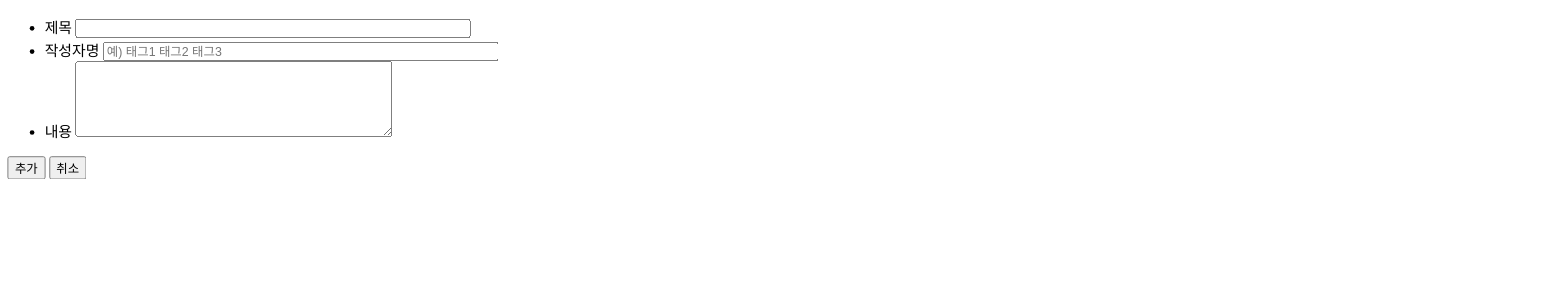
Repository: blaspheme7/immitation
Page: http://localhost/Board/board/NewWriting.jsp
An editor plug-in stored every save of this project. The page is shown before and after the next save, followed by the edit.
The browser window is 1280 px wide. The page is 1280 px wide, then 1673 px, so the pictures cover 1673 px, including what lies to the right of the window. The pictures show the whole page, at 93% of full size.
The page is served by Tomcat 9.

Above is the page before, as saved 2016-06-08 04:44:25.

After the next save:
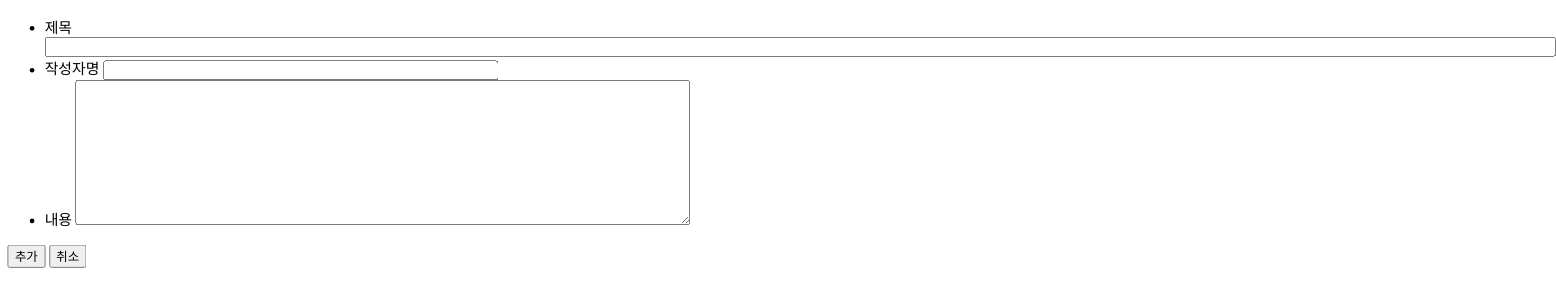
Saved 94 s later.
--- a/Board/WebContent/board/NewWriting.jsp
+++ b/Board/WebContent/board/NewWriting.jsp
@@ -11,11 +11,11 @@
 <form action='write.go' method='post'>
 <ul>
 	<li><label for="title">제목</label>
-		<input id="title" type='text' name='title' size="50"></li>
-	<li><label for="tags">작성자명</label>
-		<input id="tags" type='text' name='tags' placeholder="예) 태그1 태그2 태그3" size="50"></li>
+		<input id="title" type='text' name='title' size="200"></li>
+	<li><label for="name">작성자명</label>
+		<input id="name" type='text' name='name' size="50"></li>
 	<li><label for="content">내용</label>
-		<textarea id="content" name='content' rows="5" cols="40"></textarea></li>
+		<textarea id="content" name='content' rows="10" cols="80"></textarea></li>
 </ul>
 	<input type='submit' value='추가'>
 	<input type='button' value='취소' onclick='location.href="list.go"'>
